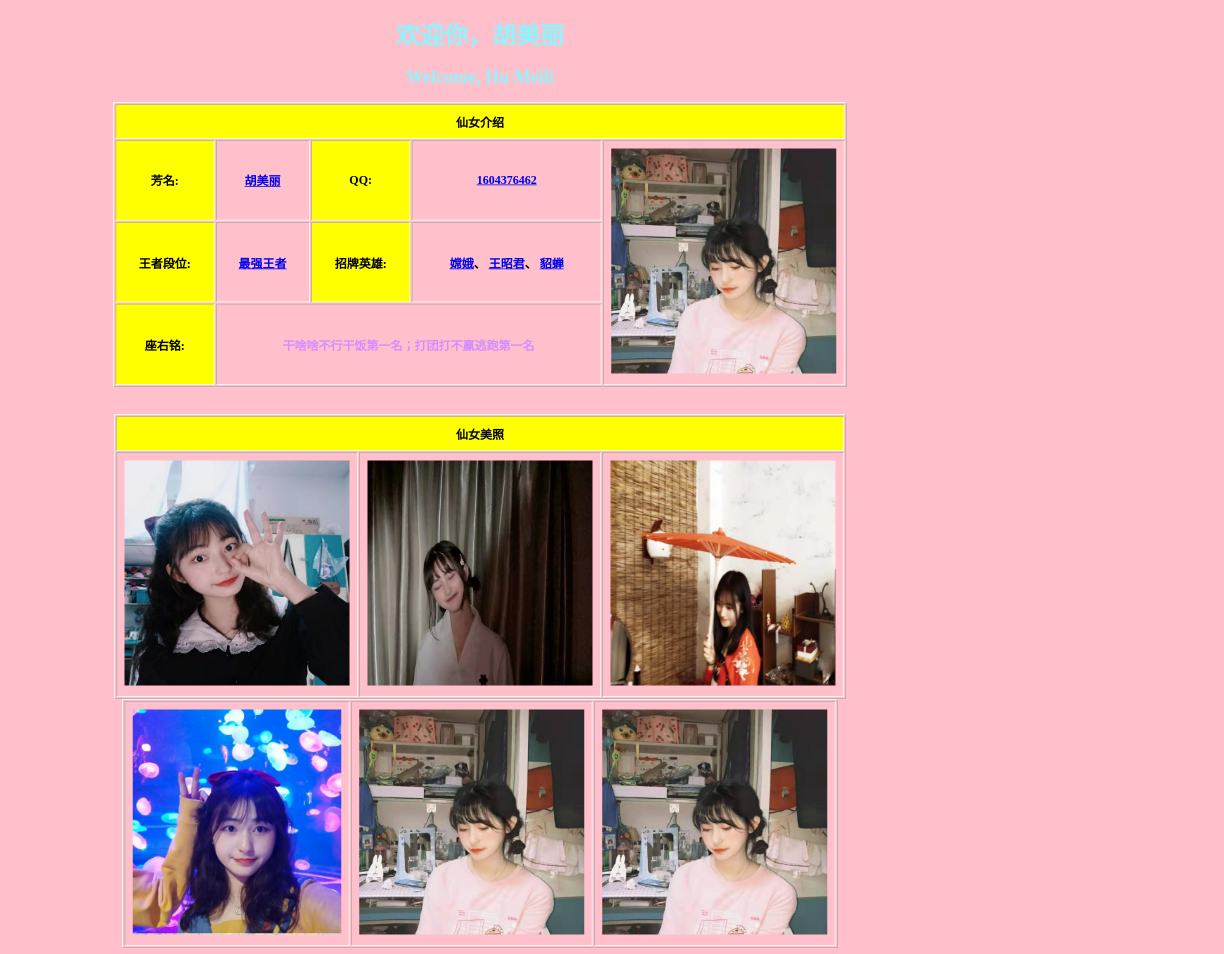
Repository: NanmeiYC/NanmeiYC.github.io
Page: ceshi2.html
The author's editor kept a copy of each file at every save. The page is drawn from the files as they stood at one save, then again after the next save.
The browser window is 1280 px wide. The page is 1280 px wide, then 1632 px, so the pictures cover 1632 px, including what lies to the right of the window. The pictures show the whole page, at 75% of full size.

Above is the page before, as saved 2021-05-29 03:20:24.

### ceshi2.html
<!DOCTYPE html>
<html>

<head>
    <meta charset="utf-8">
    <title>欢迎我们美丽大方温柔善良的胡美丽</title>
</head>

<body bgcolor="pink">
    <h1 align="center"><a style="color: #8ef5ff;">欢迎你，胡美丽</a></h1>
    <h2 align="center"><a style="color: #8ef5ff;">Welcome, Hu Meili</a></h2>
    <table border="1" align="center" cellpadding="10px" width="978" style="border-color:rgb(255, 255, 255);">
        <tr align="center">
            <th colspan="7" bgcolor="yellow">仙女介绍</th>
        </tr>

        <tr align="center">
            <th bgcolor="yellow">芳名:</th>
            <th colspan="2"><a href="https://user.qzone.qq.com/1604376462?source=aiostar">胡美丽</a></th>
            <th bgcolor="yellow">QQ:</th>
            <th colspan="2"> <a href="http://wpa.qq.com/msgrd?v=3&uin=1604376462&site=qq&menu=yes">1604376462</a></th>
            <td rowspan="3" width="100" <p><a href="humeili.html"><img border="0" src="images\胡美丽主.jpg" width="300px" height="300px"></td>
        </tr>
        <tr align="center">
            <th bgcolor="yellow">王者段位:</th>
            <th colspan="2"><a href="https://pvp.qq.com/web201605/hisrecord.shtml">最强王者</a></th>
            <th bgcolor="yellow">招牌英雄:</th>
            <th colspan="2">
                <a href="https://pvp.qq.com/web201605/herodetail/515.shtml">嫦娥</a>、
                <a href="https://pvp.qq.com/web201605/herodetail/152.shtml">王昭君</a>、
                <a href="https://pvp.qq.com/web201605/herodetail/141.shtml">貂蝉</a>
            </th>
        </tr>
        <tr align="center">
            <th bgcolor="yellow">座右铭:</th>
            <th colspan="5"><a style="color: #d68eff;">干啥啥不行干饭第一名；打团打不赢逃跑第一名</a> </th>
        </tr>
        <table border="1" align="center" cellpadding="10" width="800" style="border-color:rgb(255, 255, 255);">
            <br>
            <br>
        <tr align="center">
            <th colspan="9" bgcolor="yellow">仙女美照</th>
        </tr>
        <tr align="center">
            <th rowspan="3" width="100" <p><a href="humeili.html"><img border="0" src="images\胡美丽3.jpg" width="300px" height="300px"></th>
            <th rowspan="3" width="100" <p><a href="humeili.html"><img border="0" src="images\胡美丽2.jpg" width="300px" height="300px"></th>
            <th rowspan="3" width="100" <p><a href="humeili.html"><img border="0" src="images\胡美丽1.jpg" width="300px" height="300px"></th>
        </tr>
        <table border="1" align="center" cellpadding="10" width="800" style="border-color:rgb(255, 255, 255);">
        <tr align="center">
            <th rowspan="3" width="100" <p><a href="humeili.html"><img border="0" src="images\胡美丽4.jpg"  widh=300px" height="300px"></th>
            <th rowspan="3" width="100" <p><a href="humeili.html"><img border="0" src="images\胡美丽主.jpg" width="300px" height="300px"></th>
            <th rowspan="3" width="100" <p><a href="humeili.html"><img border="0" src="images\胡美丽主.jpg" width="300px" height="300px"></th>
        </tr>
    </table>

After the next save:
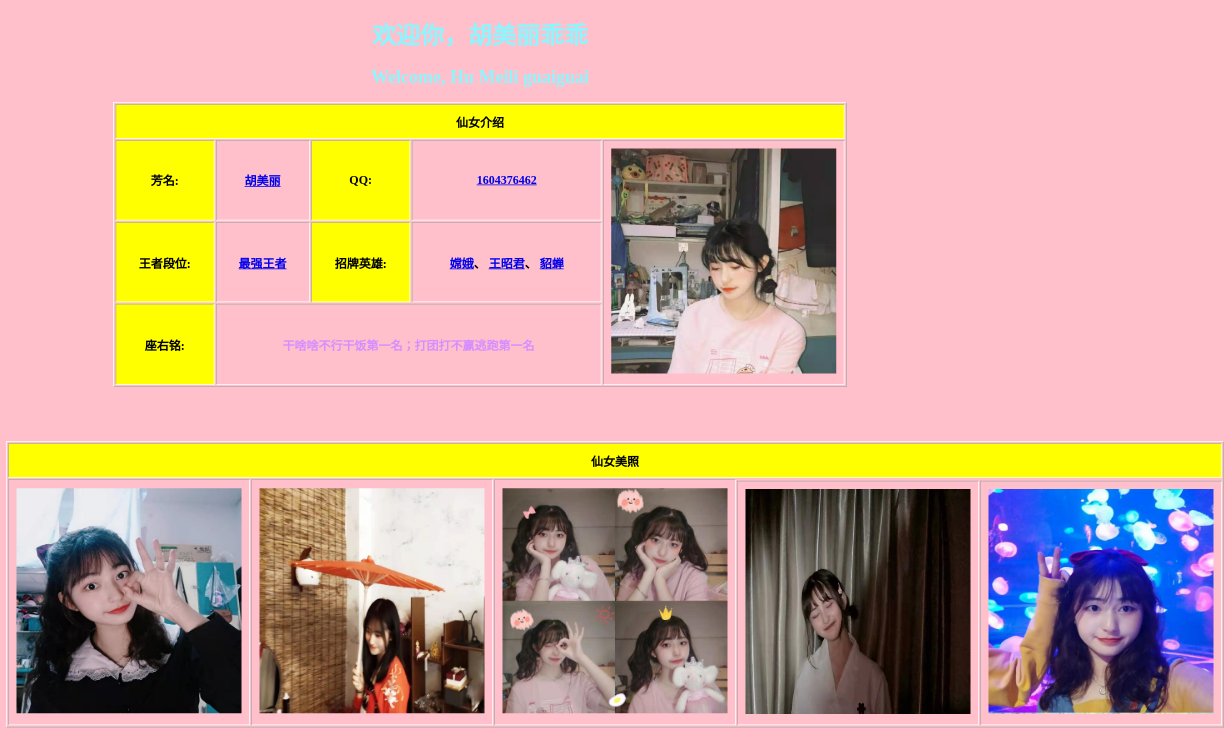
Saved 38 s later.
--- a/ceshi2.html
+++ b/ceshi2.html
@@ -7,8 +7,8 @@
 </head>
 
 <body bgcolor="pink">
-    <h1 align="center"><a style="color: #8ef5ff;">欢迎你，胡美丽</a></h1>
-    <h2 align="center"><a style="color: #8ef5ff;">Welcome, Hu Meili</a></h2>
+    <h1 align="center"><a style="color: #8ef5ff;">欢迎你，胡美丽乖乖</a></h1>
+    <h2 align="center"><a style="color: #8ef5ff;">Welcome, Hu Meili guaiguai</a></h2>
     <table border="1" align="center" cellpadding="10px" width="978" style="border-color:rgb(255, 255, 255);">
         <tr align="center">
             <th colspan="7" bgcolor="yellow">仙女介绍</th>
@@ -16,7 +16,7 @@
 
         <tr align="center">
             <th bgcolor="yellow">芳名:</th>
-            <th colspan="2"><a href="https://user.qzone.qq.com/1604376462?source=aiostar">胡美丽</a></th>
+            <th colspan="2"><a href="humeili.html">胡美丽</a></th>
             <th bgcolor="yellow">QQ:</th>
             <th colspan="2"> <a href="http://wpa.qq.com/msgrd?v=3&uin=1604376462&site=qq&menu=yes">1604376462</a></th>
             <td rowspan="3" width="100" <p><a href="humeili.html"><img border="0" src="images\胡美丽主.jpg" width="300px" height="300px"></td>
@@ -38,18 +38,17 @@
         <table border="1" align="center" cellpadding="10" width="800" style="border-color:rgb(255, 255, 255);">
             <br>
             <br>
+            <br>
+            <br>
         <tr align="center">
             <th colspan="9" bgcolor="yellow">仙女美照</th>
         </tr>
         <tr align="center">
             <th rowspan="3" width="100" <p><a href="humeili.html"><img border="0" src="images\胡美丽3.jpg" width="300px" height="300px"></th>
+            <th rowspan="3" width="100" <p><a href="humeili.html"><img border="0" src="images\胡美丽1.jpg" width="300px" height="300px"></th>
+            <th rowspan="3" width="100" <p><a href="humeili.html"><img border="0" src="images\胡美丽次.jpg" width="300px" height="300px"></th>
+        </tr>
+        <tr align="center">
             <th rowspan="3" width="100" <p><a href="humeili.html"><img border="0" src="images\胡美丽2.jpg" width="300px" height="300px"></th>
-            <th rowspan="3" width="100" <p><a href="humeili.html"><img border="0" src="images\胡美丽1.jpg" width="300px" height="300px"></th>
+            <th rowspan="3" width="100" <p><a href="humeili.html"><img border="0" src="images\胡美丽4.jpg" width="300px" height="300px"></th>
         </tr>
-        <table border="1" align="center" cellpadding="10" width="800" style="border-color:rgb(255, 255, 255);">
-        <tr align="center">
-            <th rowspan="3" width="100" <p><a href="humeili.html"><img border="0" src="images\胡美丽4.jpg"  widh=300px" height="300px"></th>
-            <th rowspan="3" width="100" <p><a href="humeili.html"><img border="0" src="images\胡美丽主.jpg" width="300px" height="300px"></th>
-            <th rowspan="3" width="100" <p><a href="humeili.html"><img border="0" src="images\胡美丽主.jpg" width="300px" height="300px"></th>
-        </tr>
-    </table>
